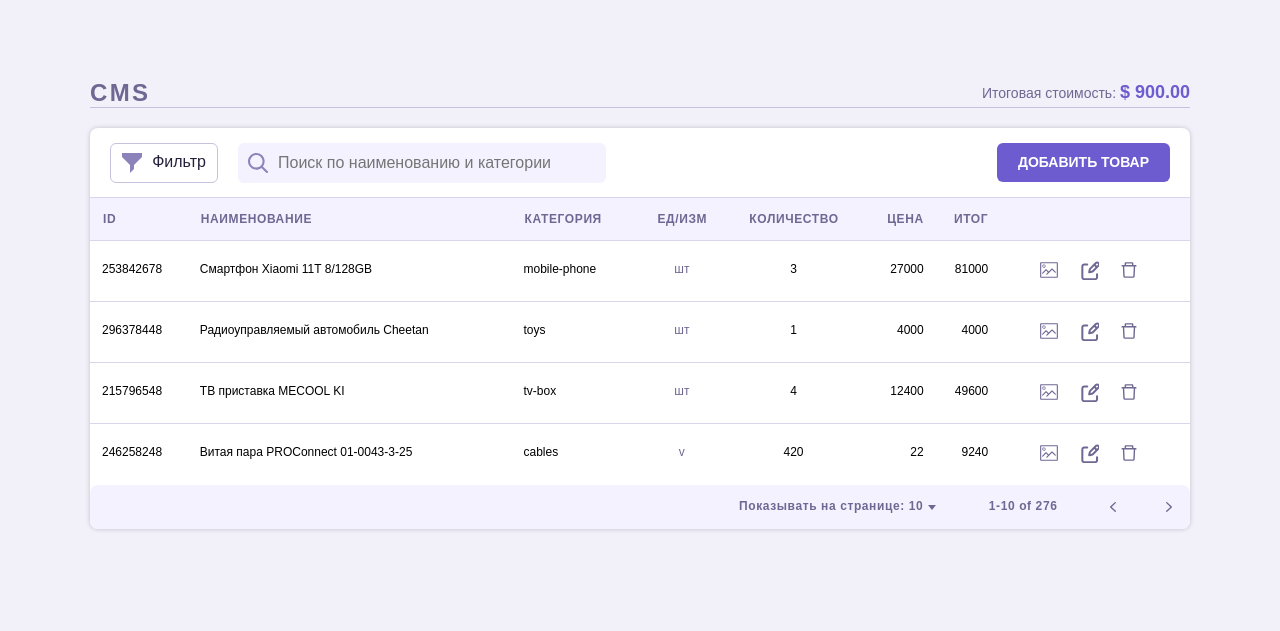
Repository: SayHelloLexa/CRM
Page: index.html
An editor plug-in stored every save of this project. The page is shown before and after the next save, followed by the edit.
The browser window is 1280 px wide. The pictures show the whole page.

Above is the page before, as saved 2024-11-24 16:46:59.

After the next save:
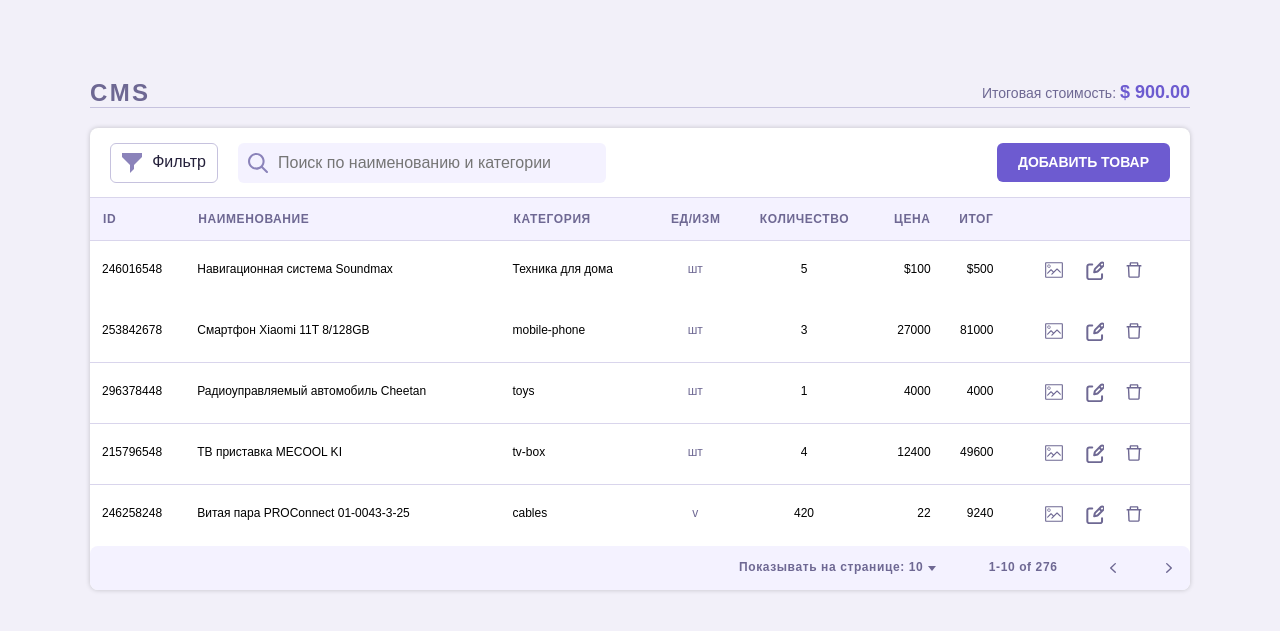
Saved 57 s later.
--- a/index.html
+++ b/index.html
@@ -64,7 +64,7 @@
                         </thead>
 
                         <tbody class="tbody table__tbody">
-                            <!-- <tr>
+                            <tr>
                                 <td class="table__data table__data_id">246016548</td>
                                 <td class="table__data table__data_name">Навигационная система Soundmax</td>
                                 <td class="table__data table__data_category">Техника для дома</td>
@@ -85,7 +85,7 @@
                                         <img src="img/ant-design_delete-outlined.svg" alt="иконка удаления">
                                     </button>
                                 </td>
-                            </tr> -->
+                            </tr>
                         </tbody>
                     </table>
 
